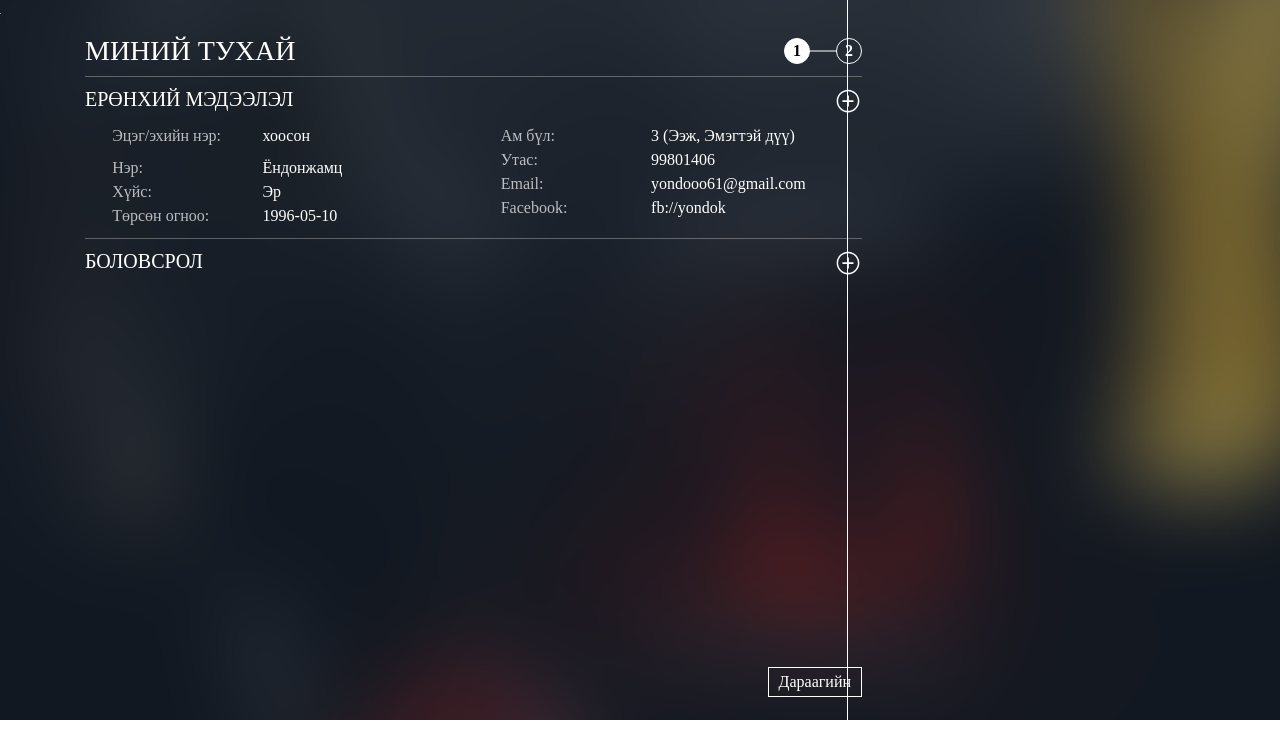
Repository: Yondo202/svProject
Page: /
These files come from the project's save history. The page is drawn as it stood at one moment and after the next save; the edit follows.
The browser window is 1280 px wide. The pictures show the whole page.
The project was rebuilt for these pictures with package versions that can differ from the ones it lists, and the page was loaded fresh each time. The framework's server and built-in components were replaced by stand-ins that run in the browser. Also part of the build but not shown: next.config.js, style/style.scss.

Above is the page before, as saved 2020-11-20 00:45:38.

### pages/_app.js
import React from "react";
import App from "next/app";
import '../style/style.scss'
import { AnimatePresence } from "framer-motion";
import { MenuProvider } from "@/miscs/ContextMenuProvider";
import { ThemeProvider } from "styled-components";
import * as theme from "@/miscs/theme";
import checkLanguage from "@/components/miscs/checkLanguage";

const base = "http://localhost:1337";

class MyApp extends App {
    state = {
        menu: [],
        completelyLoaded: false,
    };
    // async componentDidMount() {
    //     let res = await checkLanguage(queryString, null);
    //     this.setState({ completelyLoaded: true, menu: res.data.menu.Main});
    // }

    render() {
        const { Component, pageProps, router } = this.props;

        return (
            <ThemeProvider theme={theme}>
                <MenuProvider value={this.state}>
                    <AnimatePresence exitBeforeEnter>
                        <Component {...pageProps} key={router.route} />
                    </AnimatePresence>
                </MenuProvider>
            </ThemeProvider>
        );
    }
}

export default MyApp;

const queryString = ``

// const queryString = `
// {
// menu {
//     Main {
//     Title Slug Page {
//         Slug
//         }
//         }
//     }
// }`;

### pages/_document.js
import css from '../style/style.scss'
import Document, { Html, Head, Main, NextScript } from 'next/document'
import Pixel from "@/components/miscs/Pixel";

class MyDocument extends Document {
    render(){
        return(
            <Html lang="mn">
                <Head>
                    <link rel="stylesheet" href="https://stackpath.bootstrapcdn.com/bootstrap/4.3.1/css/bootstrap.min.css" integrity="sha384-ggOyR0iXCbMQv3Xipma34MD+dH/1fQ784/j6cY/iJTQUOhcWr7x9JvoRxT2MZw1T" crossOrigin="anonymous"/>
                    <link rel="shortcut icon" href="/img/ico.png" />
                    <link href="https://fonts.googleapis.com/css2?family=Roboto:wght@300;400;700&display=swap" rel="stylesheet"/>
                    <link href="https://fonts.googleapis.com/css2?family=Poppins:wght@300;400;500&display=swap" rel="stylesheet"></link>
                    <Pixel/>
                </Head>
                <body>
                    <Main/>
                    <NextScript/>
                </body>
            </Html>
        )
    }
}

export default MyDocument

### pages/index.js
import React from "react";
import { motion } from "framer-motion";
import Background from '../components/Top'
import Forms from '../components/mainForm'

function index() {
    return (
        <div>
            <Background />
            <Forms />
        </div>
    )
}

export default index




























// import Root from "@/core/Root";
// import ResolveComponent from "@/components/dynamic/ResolveComponent"
// import checkLanguage from "@/components/miscs/checkLanguage";
// import { MenuContext } from '@/miscs/ContextMenuProvider'
// import { useContext } from "react";

// const Index = ({ data }) => {

//     let { Layout } = data
//     const { completelyLoaded } = useContext(MenuContext);

//     return (
//         <motion.div exit={{ opacity: 0 }} initial={{ opacity: 0 }} animate={{ opacity: 1 }} >
//             <Root noFooter>
//                 {completelyLoaded &&
//                     <ResolveComponent data={Layout} />
//                 }
//             </Root>
//         </motion.div>
//     );

// };
// export default Index;

// export async function getServerSideProps({ params, req }) {
//     let res = await checkLanguage('/home', req, true);
//     return { props: { data: res.data } }
// }

### components/miscs/ContextMenuProvider.js
import React from 'react';

const MenuContext = React.createContext();

const MenuProvider = MenuContext.Provider
const MenuConsumer = MenuContext.Consumer

export {MenuProvider, MenuConsumer, MenuContext}

### components/miscs/theme.js
export const colorOne = "#532532";
export const colorTwo = "#123123";
export const fontSize = "16px";
export const fontFamily1 = "Poppins', sans-serif"

### components/miscs/checkLanguage.js
import fetch from "node-fetch";
import parseCookies from '@/miscs/parseCookies';

const checkLanguage = async (queryString, req, normal) =>{

    const cookies = parseCookies(req);
    const httpObject = { method: 'post', headers: { 'Content-Type': 'application/json'}, body: JSON.stringify({ query: `query ${queryString}`})}

    if(normal){
        return new Promise(async(resolve, reject) => {
            if(cookies['tb-lang'] === "en"){
                const res = await fetch(`http://localhost:1337${queryString}`);
                const pageData = await res.json();
                return resolve({data: pageData});
            }
            else{
                const res = await fetch(`http://localhost:1337${queryString}`);
                const pageData = await res.json();
                return resolve({data: pageData});
            }
        })
    }

    return new Promise(async(resolve, reject)=>{
      if(cookies['tb-lang'] === "en"){
          const res = await fetch('http://localhost:1337/graphql', httpObject)
          const pageData = await res.json()
          return resolve({data: pageData.data});
      }
      else{
          const res = await fetch('http://localhost:1337/graphql', httpObject)
          const pageData = await res.json()
          return resolve({data: pageData.data});
      }
    })

}

export default checkLanguage

### components/miscs/Pixel.js
import React from "react";

export default () => (
    <React.Fragment>
        <script
            dangerouslySetInnerHTML={{
                __html: `!function(f,b,e,v,n,t,s){if(f.fbq)return;n=f.fbq=function(){n.callMethod?n.callMethod.apply(n,arguments):n.queue.push(arguments)};if(!f._fbq)f._fbq=n;n.push=n;n.loaded=!0;n.version='2.0';n.queue=[];t=b.createElement(e);t.async=!0;t.src=v;s=b.getElementsByTagName(e)[0];s.parentNode.insertBefore(t,s)}(window,document,'script','https://connect.facebook.net/en_US/fbevents.js');fbq('init', '626874991348714'); fbq('track', 'PageView');`,
            }}
        />
        <noscript
            dangerouslySetInnerHTML={{
                __html: `<img height="1" width="1" src="https://www.facebook.com/tr?id=626874991348714&ev=PageView&noscript=1"/>`,
            }}
        />
    </React.Fragment>
);

### components/Top.js
// import React from 'react';

// const Test = ({data}) => {
//     return (
//         <div>
//             {data.Title && <h1>{data.Title}hahhaha</h1>}
//         </div>
//     );
// };

// export default Test;

import React from 'react'
import styled from 'styled-components'
function top({data}) {
    return (
        <Conainer style={{backgroundImage:"url('/img/Blur.png')"}}>
        </Conainer>
    )
}

export default top


const Conainer = styled.div`
    color:white;
    background-size: cover;
    background-position:center center;
    min-height: 80vh;
    max-height: 100vh;
    height: 100vh;
    width: 100%;
    position: fixed;
    top:0;
    z-index: -2;
`

### components/miscs/parseCookies.js
import cookie from 'cookie'

export default function parseCookies(req) {
    return cookie.parse(req ? req.headers.cookie || "" : document.cookie);
}

### components/form1.js
import React,{useState} from 'react'
import styled from 'styled-components'
import Modal from 'react-modal';
import {IoIosAddCircleOutline} from 'react-icons/io'
import {RiAddLine} from 'react-icons/ri'
import Education from '../components/education'
import Axios from 'axios';


const customStyles = {
    content : {
      top                   : '50%',
      left                  : '50%',
      right                 : 'auto',
      bottom                : 'auto',
      marginRight           : '-50%',
      transform             : 'translate(-50%, -50%)'
    }
  };

function form1() {
    var subtitle;
    const [modalIsOpen,setIsOpen] = React.useState(false);
    function openModal() {
      setIsOpen(true);
    }
    function closeModal(){
    setIsOpen(false);
    }
    const [Value,setValue] = useState('хоосон');

    const handleChange =(event) => {
        setValue(event.target.value);
        console.log(event.target.value);
      }

    const handleClick = async (e) =>{
        e.preventDefault();
        let rs = document.querySelectorAll('.getinput');
        let arr = Array.from(rs);
        let final = {};
        arr.map(element=>{
            let field = element.name;
            let value = element.value;
            final[field] = value
        });
        await Axios.post('http://localhost:1337/forms', final);
    }
    // const capitalize = (s) => {
    //     if (typeof s !== 'string') return ''
    //     return s.charAt(0).toUpperCase() + s.slice(1)
    //   }

    return (
        <Conainer>
            <div className="headerPAr">
                <h5 className="title">ЕРӨНХИЙ МЭДЭЭЛЭЛ</h5>
                <div>
                <IoIosAddCircleOutline className="svgBtn" onClick={openModal} />
                    <Modal
                        isOpen={modalIsOpen}
                        // onAfterOpen={afterOpenModal}
                        onRequestClose={closeModal}
                        style={customStyles}
                        contentLabel="Example Modal"
                    >
                        <div className="closePar">
                         <span className="CloseBtn" onClick={closeModal}>X</span>
                        </div>

                        <form onSubmit={handleClick}>
                            <div className="FormItems">
                                <label>Эцэг/эхийн нэр:</label>
                                <input className="getinput" type="text" value={Value} onChange={handleChange} name="parent" />
                            </div>
                            <div className="FormItems">
                                <label>Нэр:</label>
                                <input className="getinput" type="text" name="name" />
                            </div>
                            <div className="FormItems">
                                <label>Хүйс:</label>
                                <select className="getinput" name="sex" placeholder="сүно">
                                    <option value="" >Сонго</option>
                                    <option value="man">Эрэгтэй</option>
                                    <option value="women">Эмэгтэй</option>
                                </select>
                            </div>
                                <button type="submit">Болсон</button>
                        </form>
                    </Modal>
                    </div>
                </div>
            <div className="ParentInfo">
                <div className="colOne">
                    <div className="main-info">
                        <label className="B">Эцэг/эхийн нэр:</label>
                        <span className="val">{Value}</span>
                    </div>
                    <div className="main-info">
                        <span className="B">Нэр:</span>
                        <span className="val">Ёндонжамц</span>
                    </div>
                    <div className="main-info">
                        <span className="B">Хүйс:</span>
                        <span className="val">Эр</span>
                    </div>
                    <div className="main-info">
                        <span className="B">Төрсөн огноо:</span>
                        <span className="val">1996-05-10</span>
                    </div>
                </div>

                <div className="colOne">
                    <div className="main-info">
                        <span className="B">Ам бүл:</span>
                        <span className="val">3 (Ээж, Эмэгтэй дүү)</span>
                    </div>
                    <div className="main-info">
                        <span className="B">Утас:</span>
                        <span className="val">99801406</span>
                    </div>
                    <div className="main-info">
                        <span className="B">Email:</span>
                        <span className="val">yondooo61@gmail.com</span>
                    </div>
                    <div className="main-info">
                        <span className="B">Facebook:</span>
                        <span className="val">fb://yondok</span>
                    </div>
                </div>
            </div>

            <Education />
        </Conainer>
    )
}

export default form1

const Conainer = styled.div`
    padding-top:10px;
    .headerPAr{
        width:70%;
        display:flex;
        flex-direction:row;
        justify-content:space-between;
        margin-bottom:5px;
        .svgBtn{
            cursor:pointer;
            font-size:28px;
            border-radius:50%;
            transition:all 0.3s ease;
            &:hover{
                color:black;
                background:white;
            }
        }
    }
    .ParentInfo{
         display:flex;
         flex-direction: row;
         justify-content:space-around;
         width:70%;
         font-size:16px;
         border-bottom: solid 0.5px rgba(255,255,255, 0.3);
         padding-bottom:10px;
         .colOne{
             width:43%;
             .main-info{
                display:flex;
                flex-direction:row;
                justify-content:space-between;

                 .B{
                     color:rgba(255,255,255, 0.7);
                     width:40%;
                 }
                 .val{
                    // margin-left:15px;
                    width:55%;
                 }
             }
         }
    }
    @media only screen and (max-width:786px){
        .headerPAr{
            width:100%;
        }
        .ParentInfo{
            flex-direction: column;
            width:100%;
            .colOne{
                width:100%;
            }
        }
    }
`

### components/form2.js
import React from 'react'
import styled from 'styled-components'
import Modal from 'react-modal';
import {IoIosAddCircleOutline} from 'react-icons/io'
import {RiAddLine} from 'react-icons/ri'
import Education from '../components/education'


const customStyles = {
    content : {
      top                   : '50%',
      left                  : '50%',
      right                 : 'auto',
      bottom                : 'auto',
      marginRight           : '-50%',
      transform             : 'translate(-50%, -50%)'
    }
  };

function form2() {
    var subtitle;
    const [modalIsOpen,setIsOpen] = React.useState(false);
    function openModal() {
      setIsOpen(true);
    }
    function afterOpenModal() {
        // references are now sync'd and can be accessed.
        subtitle.style.color = '#0E3232';
      }
    function closeModal(){
    setIsOpen(false);
    }
    return (
        <Conainer>
            <div className="headerPAr">
                <h5 className="title">ЕРӨНХИЙ МЭДЭЭЛЭЛ</h5>
                <div>
                <IoIosAddCircleOutline  className="svgBtn" onClick={openModal} />
                {/* <span  className="svgBtn" onClick={openModal}>+</span> */}
                    <Modal
                        isOpen={modalIsOpen}
                        onAfterOpen={afterOpenModal}
                        onRequestClose={closeModal}
                        style={customStyles}
                        contentLabel="Example Modal"
                    >
                        {/* <h2 ref={_subtitle => (subtitle = _subtitle)}>Hello</h2> */}
                        <button onClick={closeModal}>close</button>
                        <form>
                            {/* <input />
                            <button>tab navigation</button>
                            <button>stays</button>
                            <button>inside</button>
                            <button>the modal</button> */}
                        </form>
                    </Modal>
                    </div>
                </div>
            <div className="ParentInfo">
                <div className="colOne">
                    <div className="main-info">
                        <span className="B">Эцэг/эхийн нэр:</span>
                        <span className="val">Гантулга</span>
                    </div>
                    <div className="main-info">
                        <span className="B">Нэр:</span>
                        <span className="val">Ёндонжамц</span>
                    </div>
                    <div className="main-info">
                        <span className="B">Хүйс:</span>
                        <span className="val">Эр</span>
                    </div>
                    <div className="main-info">
                        <span className="B">Төрсөн огноо:</span>
                        <span className="val">1996-05-10</span>
                    </div>
                </div>

                <div className="colOne">
                    <div className="main-info">
                        <span className="B">Ам бүл:</span>
                        <span className="val">3 (Ээж, Эмэгтэй дүү)</span>
                    </div>
                    <div className="main-info">
                        <span className="B">Утас:</span>
                        <span className="val">99801406</span>
                    </div>
                    <div className="main-info">
                        <span className="B">Email:</span>
                        <span className="val">yondooo61@gmail.com</span>
                    </div>
                    <div className="main-info">
                        <span className="B">Facebook:</span>
                        <span className="val">fb://yondok</span>
                    </div>
                </div>
            </div>

            <Education />
        </Conainer>
    )
}

export default form2

const Conainer = styled.div`
    padding-top:10px;
    .headerPAr{
        width:70%;
        display:flex;
        flex-direction:row;
        justify-content:space-between;
        margin-bottom:5px;
        .svgBtn{
            cursor:pointer;
            font-size:28px;
            border-radius:50%;
            transition:all 0.3s ease;
            &:hover{
                color:black;
                background:white;
            }
        }
    }
    .ParentInfo{
         display:flex;
         flex-direction: row;
         justify-content:space-around;
         width:70%;
         font-size:16px;
         border-bottom: solid 0.5px rgba(255,255,255, 0.3);
         padding-bottom:10px;
         .colOne{
             width:43%;
             .main-info{
                display:flex;
                flex-direction:row;
                justify-content:space-between;

                 .B{
                     color:rgba(255,255,255, 0.7);
                     width:40%;
                 }
                 .val{
                    // margin-left:15px;
                    width:55%;
                 }
             }
         }
    }
`

### components/education.js
import React from 'react'
import styled from 'styled-components'
import {IoIosAddCircleOutline} from 'react-icons/io'
import Modal from 'react-modal';

const customStyles = {
    content : {
      top                   : '50%',
      left                  : '50%',
      right                 : 'auto',
      bottom                : 'auto',
      marginRight           : '-50%',
      transform             : 'translate(-50%, -50%)'
    }
  };
function education() {
    var subtitle;
    const [modalIsOpen,setIsOpen] = React.useState(false);
    function openModal() {
      setIsOpen(true);
    }
    function afterOpenModal() {
        // references are now sync'd and can be accessed.
        subtitle.style.color = '#0E3232';
      }
    function closeModal(){
    setIsOpen(false);
    }


    return (
        <Container>
            <div className="headerPAr">
                <h5 className="title">БОЛОВСРОЛ</h5>
                <div>
                <IoIosAddCircleOutline className="svgBtn" onClick={openModal} />
                    <Modal
                        isOpen={modalIsOpen}
                        onAfterOpen={afterOpenModal}
                        onRequestClose={closeModal}
                        style={customStyles}
                        contentLabel="Example Modal"
                    >
                        <h2 ref={_subtitle => (subtitle = _subtitle)}>Hello</h2>
                        <button onClick={closeModal}>close</button>
                        <form>
                            <input />
                            <button>tab navigation</button>
                            <button>stays</button>
                            <button>inside</button>
                            <button>the modal</button>
                        </form>
                    </Modal>
                    </div>
                </div>
        </Container>
    )
}

export default education


const Container = styled.div`
    padding-top:10px;

`

Loaded but not shown: components/mainForm.js (177 lines, source omitted)

After the next save:
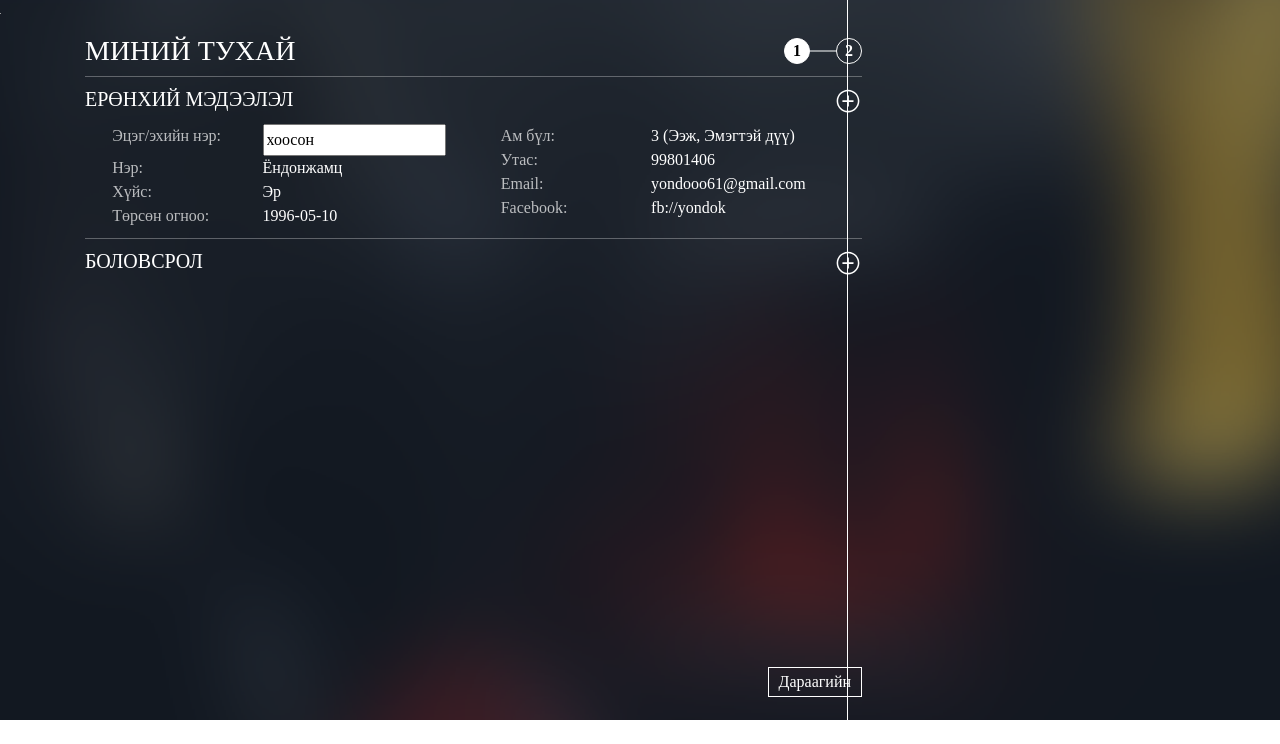
Saved 26 s later.
--- a/components/form1.js
+++ b/components/form1.js
@@ -94,7 +94,8 @@ function form1() {
                 <div className="colOne">
                     <div className="main-info">
                         <label className="B">Эцэг/эхийн нэр:</label>
-                        <span className="val">{Value}</span>
+                        {/* <span className="val">{Value}</span> */}
+                        <input className="getinput val" type="text" value={Value} onChange={handleChange} name="parent" />
                     </div>
                     <div className="main-info">
                         <span className="B">Нэр:</span>
